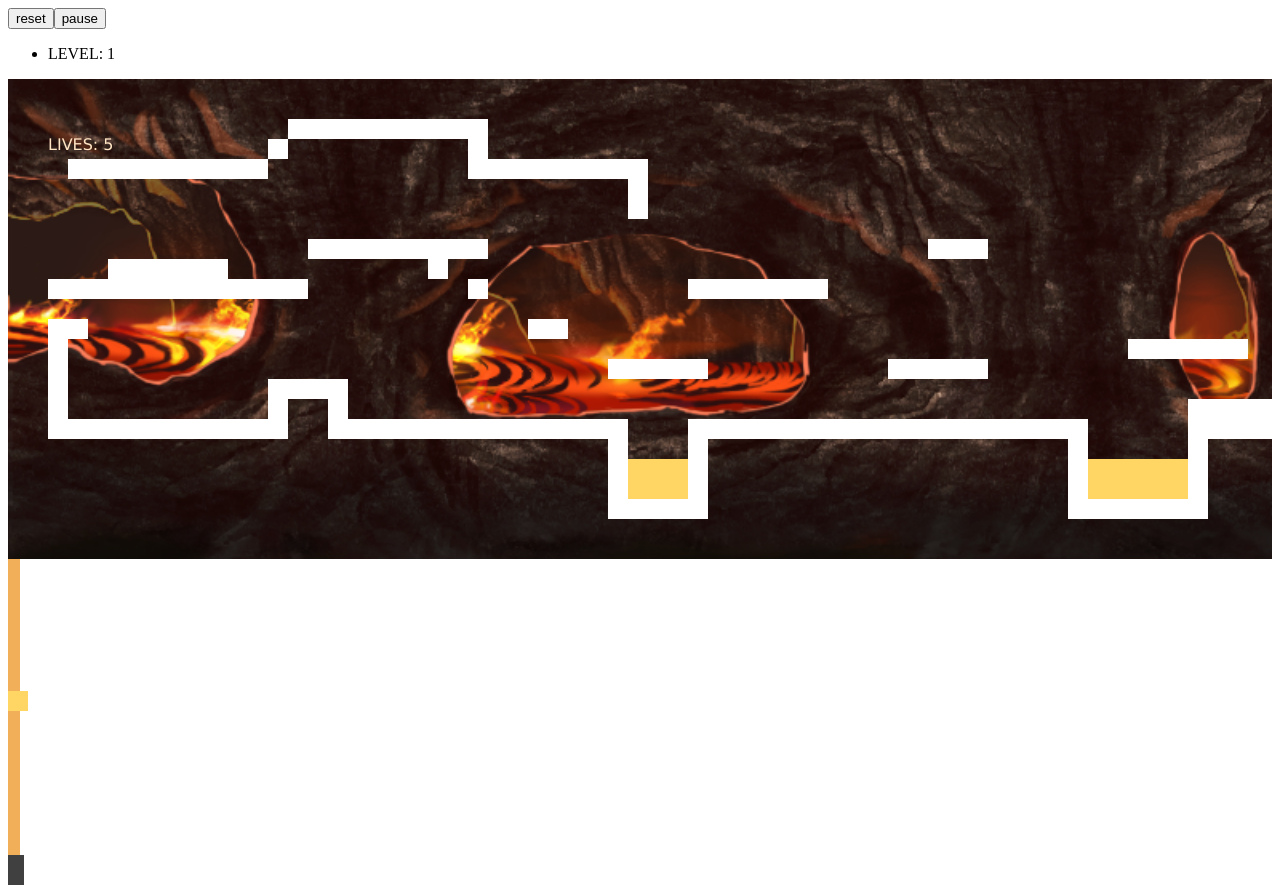
Repository: luccas-teddy/examenlucas
Page: index.html
An editor plug-in stored every save of this project. The page is shown before and after the next save, followed by the edit.
The browser window is 1280 px wide. The pictures show the whole page.

Above is the page before, as saved 2021-02-18 03:35:08.

### index.html
<!doctype html>
<table>
<tr>
  <button id="reset" class="gamebutton" onclick="this.blur();">reset</button>
  <button id="pause" class="gamebutton" onclick="this.blur();">pause</button>
</tr>


<ul>
  <li id="lives" class="statss">LIVES: 5</li>
  <li id="level" class="stats">LEVEL: 1</li>
</ul>
</table>


<script src="code/chapter/16_game.js"></script>
<script src="code/levels.js"></script>

<link rel="stylesheet" href="css/game.css">

<body>
  <script>
    runGame(GAME_LEVELS, DOMDisplay);
  </script>
</body>

### code/chapter/16_game.js
var simpleLevelPlan = `
......................
..#................#..
..#..............=.#..
..#.........o.o....#..
..#.@......#####...#..
..#####............#..
......#++++++++++++#..
......##############..
......................`;

var Level = class Level {
  constructor(plan) {
    let rows = plan.trim().split("\n").map(l => [...l]);
    this.height = rows.length;
    this.width = rows[0].length;
    this.startActors = [];

    this.rows = rows.map((row, y) => {
      return row.map((ch, x) => {
        let type = levelChars[ch];
        if (typeof type == "string") return type;
        this.startActors.push(
          type.create(new Vec(x, y), ch));
        return "empty";
      });
    });
  }
}

var State = class State {
  constructor(level, actors, status) {
    this.level = level;
    this.actors = actors;
    this.status = status;
  }

  static start(level) {
    return new State(level, level.startActors, "playing");
  }

  get player() {
    return this.actors.find(a => a.type == "player");
  }
}

var Vec = class Vec {
  constructor(x, y) {
    this.x = x; this.y = y;
  }
  plus(other) {
    return new Vec(this.x + other.x, this.y + other.y);
  }
  times(factor) {
    return new Vec(this.x * factor, this.y * factor);
  }
}

var Player = class Player {
  constructor(pos, speed) {
    this.pos = pos;
    this.speed = speed;
  }

  get type() { return "player"; }

  static create(pos) {
    return new Player(pos.plus(new Vec(0, -0.5)),
                      new Vec(0, 0));
  }
}

Player.prototype.size = new Vec(0.8, 1.5);

var Lava = class Lava {
  constructor(pos, speed, reset) {
    this.pos = pos;
    this.speed = speed;
    this.reset = reset;
  }

  get type() { return "lava"; }

  static create(pos, ch) {
    if (ch == "=") {
      return new Lava(pos, new Vec(2, 0));
    } else if (ch == "|") {
      return new Lava(pos, new Vec(0, 2));
    } else if (ch == "v") {
      return new Lava(pos, new Vec(0, 3), pos);
    }
  }
}

Lava.prototype.size = new Vec(1, 1);

var Coin = class Coin {
  constructor(pos, basePos, wobble) {
    this.pos = pos;
    this.basePos = basePos;
    this.wobble = wobble;
  }

  get type() { return "coin"; }

  static create(pos) {
    let basePos = pos.plus(new Vec(0.2, 0.1));
    return new Coin(basePos, basePos,
                    Math.random() * Math.PI * 2);
  }
}

Coin.prototype.size = new Vec(0.6, 0.6);

var levelChars = {
  ".": "empty", "#": "wall", "+": "lava",
  "@": Player, "o": Coin,
  "=": Lava, "|": Lava, "v": Lava
};

var simpleLevel = new Level(simpleLevelPlan);

function elt(name, attrs, ...children) {
  let dom = document.createElement(name);
  for (let attr of Object.keys(attrs)) {
    dom.setAttribute(attr, attrs[attr]);
  }
  for (let child of children) {
    dom.appendChild(child);
  }
  return dom;
}

var DOMDisplay = class DOMDisplay {
  constructor(parent, level) {
    this.dom = elt("div", {class: "game"}, drawGrid(level));
    this.actorLayer = null;
    parent.appendChild(this.dom);
  }

  clear() { this.dom.remove(); }
}

var scale = 20;

function drawGrid(level) {
  return elt("table", {
    class: "background",
    style: `width: ${level.width * scale}px`
  }, ...level.rows.map(row =>
    elt("tr", {style: `height: ${scale}px`},
        ...row.map(type => elt("td", {class: type})))
  ));
}

function drawActors(actors) {
  return elt("div", {}, ...actors.map(actor => {
    let rect = elt("div", {class: `actor ${actor.type}`});
    rect.style.width = `${actor.size.x * scale}px`;
    rect.style.height = `${actor.size.y * scale}px`;
    rect.style.left = `${actor.pos.x * scale}px`;
    rect.style.top = `${actor.pos.y * scale}px`;
    return rect;
  }));
}

DOMDisplay.prototype.syncState = function(state) {
  if (this.actorLayer) this.actorLayer.remove();
  this.actorLayer = drawActors(state.actors);
  this.dom.appendChild(this.actorLayer);
  this.dom.className = `game ${state.status}`;
  this.scrollPlayerIntoView(state);
};

DOMDisplay.prototype.scrollPlayerIntoView = function(state) {
  let width = this.dom.clientWidth;
  let height = this.dom.clientHeight;
  let margin = width / 3;

  // The viewport
  let left = this.dom.scrollLeft, right = left + width;
  let top = this.dom.scrollTop, bottom = top + height;

  let player = state.player;
  let center = player.pos.plus(player.size.times(0.5))
                         .times(scale);

  if (center.x < left + margin) {
    this.dom.scrollLeft = center.x - margin;
  } else if (center.x > right - margin) {
    this.dom.scrollLeft = center.x + margin - width;
  }
  if (center.y < top + margin) {
    this.dom.scrollTop = center.y - margin;
  } else if (center.y > bottom - margin) {
    this.dom.scrollTop = center.y + margin - height;
  }
};

Level.prototype.touches = function(pos, size, type) {
  var xStart = Math.floor(pos.x);
  var xEnd = Math.ceil(pos.x + size.x);
  var yStart = Math.floor(pos.y);
  var yEnd = Math.ceil(pos.y + size.y);

  for (var y = yStart; y < yEnd; y++) {
    for (var x = xStart; x < xEnd; x++) {
      let isOutside = x < 0 || x >= this.width ||
                      y < 0 || y >= this.height;
      let here = isOutside ? "wall" : this.rows[y][x];
      if (here == type) return true;
    }
  }
  return false;
};

State.prototype.update = function(time, keys) {
  let actors = this.actors
    .map(actor => actor.update(time, this, keys));
  let newState = new State(this.level, actors, this.status);

  if (newState.status != "playing") return newState;

  let player = newState.player;
  if (this.level.touches(player.pos, player.size, "lava")) {
    return new State(this.level, actors, "lost");
  }

  for (let actor of actors) {
    if (actor != player && overlap(actor, player)) {
      newState = actor.collide(newState);
    }
  }
  return newState;
};

function overlap(actor1, actor2) {
  return actor1.pos.x + actor1.size.x > actor2.pos.x &&
         actor1.pos.x < actor2.pos.x + actor2.size.x &&
         actor1.pos.y + actor1.size.y > actor2.pos.y &&
         actor1.pos.y < actor2.pos.y + actor2.size.y;
}

Lava.prototype.collide = function(state) {
  return new State(state.level, state.actors, "lost");
};

Coin.prototype.collide = function(state) {
  let filtered = state.actors.filter(a => a != this);
  let status = state.status;
  if (!filtered.some(a => a.type == "coin")) status = "won";
  return new State(state.level, filtered, status);
};

Lava.prototype.update = function(time, state) {
  let newPos = this.pos.plus(this.speed.times(time));
  if (!state.level.touches(newPos, this.size, "wall")) {
    return new Lava(newPos, this.speed, this.reset);
  } else if (this.reset) {
    return new Lava(this.reset, this.speed, this.reset);
  } else {
    return new Lava(this.pos, this.speed.times(-1));
  }
};

var wobbleSpeed = 8, wobbleDist = 0.07;

Coin.prototype.update = function(time) {
  let wobble = this.wobble + time * wobbleSpeed;
  let wobblePos = Math.sin(wobble) * wobbleDist;
  return new Coin(this.basePos.plus(new Vec(0, wobblePos)),
                  this.basePos, wobble);
};

var playerXSpeed = 7;
var gravity = 30;
var jumpSpeed = 17;

Player.prototype.update = function(time, state, keys) {
  let xSpeed = 0;
  if (keys.ArrowLeft) xSpeed -= playerXSpeed;
  if (keys.ArrowRight) xSpeed += playerXSpeed;
  let pos = this.pos;
  let movedX = pos.plus(new Vec(xSpeed * time, 0));
  if (!state.level.touches(movedX, this.size, "wall")) {
    pos = movedX;
  }

  let ySpeed = this.speed.y + time * gravity;
  let movedY = pos.plus(new Vec(0, ySpeed * time));
  if (!state.level.touches(movedY, this.size, "wall")) {
    pos = movedY;
  } else if (keys.ArrowUp && ySpeed > 0) {
    ySpeed = -jumpSpeed;
  } else {
    ySpeed = 0;
  }
  return new Player(pos, new Vec(xSpeed, ySpeed));
};

function trackKeys(keys) {
  let down = Object.create(null);
  function track(event) {
    if (keys.includes(event.key)) {
      down[event.key] = event.type == "keydown";
      event.preventDefault();
    }
  }
  window.addEventListener("keydown", track);
  window.addEventListener("keyup", track);
  return down;
}

var arrowKeys =
  trackKeys(["ArrowLeft", "ArrowRight", "ArrowUp"]);

function runAnimation(frameFunc) {
  let lastTime = null;
  function frame(time) {
    if (lastTime != null) {
      let timeStep = Math.min(time - lastTime, 100) / 1000;
      if (frameFunc(timeStep) === false) return;
    }
    lastTime = time;
    requestAnimationFrame(frame);
  }
  requestAnimationFrame(frame);
}

function runLevel(level, Display) {
  let display = new Display(document.body, level);
  let state = State.start(level);
  let ending = 1;
  return new Promise(resolve => {
    runAnimation(time => {
      state = state.update(time, arrowKeys);
      display.syncState(state);
      if (state.status == "playing") {
        return true;
      } else if (ending > 0) {
        ending -= time;
        return true;
      } else {
        display.clear();
        resolve(state.status);
        return false;
      }
    });
  });
}

async function runGame(plans, Display) {
  for (let level = 0; level < plans.length;) {
    let status = await runLevel(new Level(plans[level]),
                                Display);
    if (status == "won") level++;
  }
  console.log("You've won!");
}

### css/game.css
.background    { background-image:url(9d.png);
}

 .background     {background :rgb (55, 167, 250)
                  background-image:url(taza.jpg);
                  background-repeat :no-repeat;
                  background-size: cover ;
                   table-layout: fixed;
                   border-spacing:  0;   }

.background td   { padding: 0;   }
.lava            { background: rgb(255, 214, 100); }
.wall            { background: rgb(255, 255, 255);   }

                 { .background:url(ll.jpg)  };
.actor  { position: absolute;  }

.coin   { background: rgb(241, 175, 89); }
.player { background: rgb(64, 64, 64); }
        {.background-image:}

.game {
  overflow: hidden;
  max-width: 1500px;
  max-height: 820px;
  position: relative;
}

.lost .player {
  background: rgb(64, 106, 160);
}
.won .player {
  box-shadow: -4px -7px 8px white, 4px -7px 8px white;
}
stats{
     list-style-type: none;
  font-family: "jack Sans", "Lucida Sans Regular", "jack Grande",
    "jak Sans Unicode", Geneva, Verdana, sans-serif;
  text-transform: uppercase;
  color: rgb(199, 300, 255);
  z-index: 10;
  position: absolute;
  text-align: left;
  margin-top: 50px;
}
.statss{
   list-style-type: none;
  font-family: "Lucida Sans", "Lucida Sans Regular", "Lucida Grande",
    "jack Sans Unicode", Geneva, Verdana, sans-serif;
  text-transform: uppercase;
  color: bisque;
  z-index: 11;
  position: absolute;
  text-align: left;
  margin-top: 90px;
}

Loaded but not shown: code/levels.js (219 lines, source omitted)

After the next save:
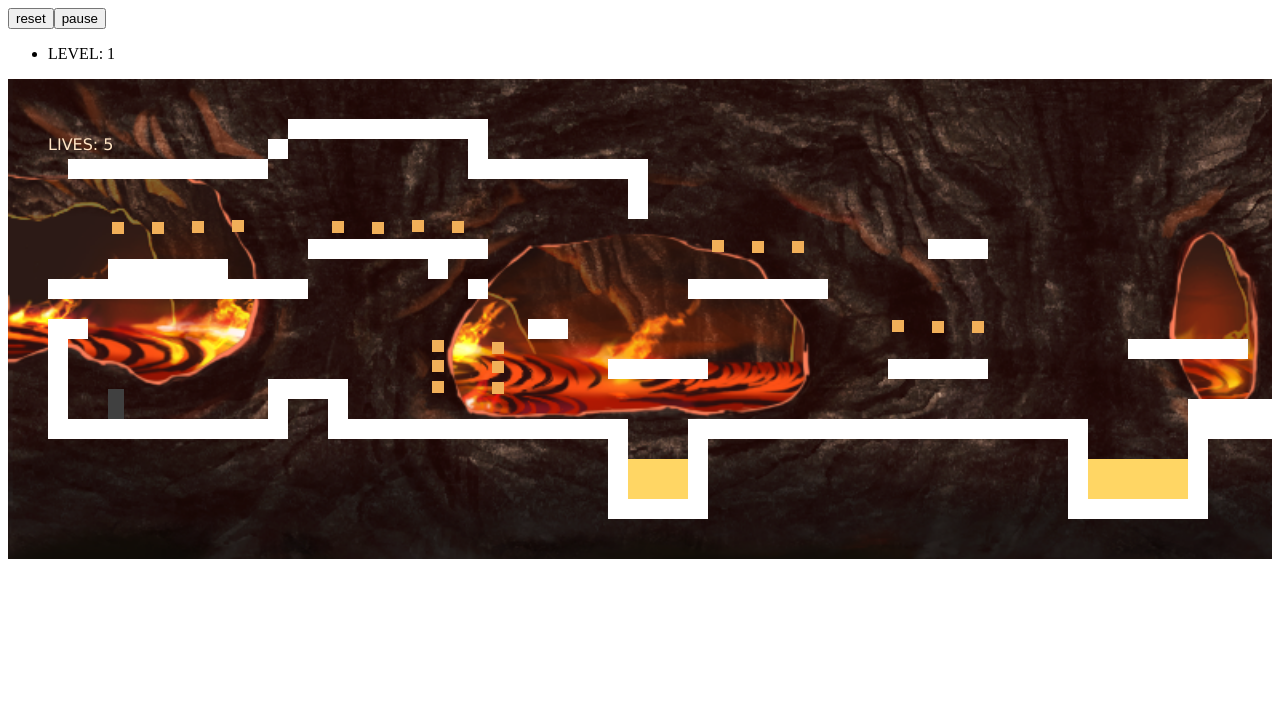
Saved 61 s later.
--- a/css/game.css
+++ b/css/game.css
@@ -12,12 +12,11 @@
 .lava            { background: rgb(255, 214, 100); }
 .wall            { background: rgb(255, 255, 255);   }
 
-                 { .background:url(ll.jpg)  };
+
 .actor  { position: absolute;  }
 
 .coin   { background: rgb(241, 175, 89); }
 .player { background: rgb(64, 64, 64); }
-        {.background-image:}
 
 .game {
   overflow: hidden;
